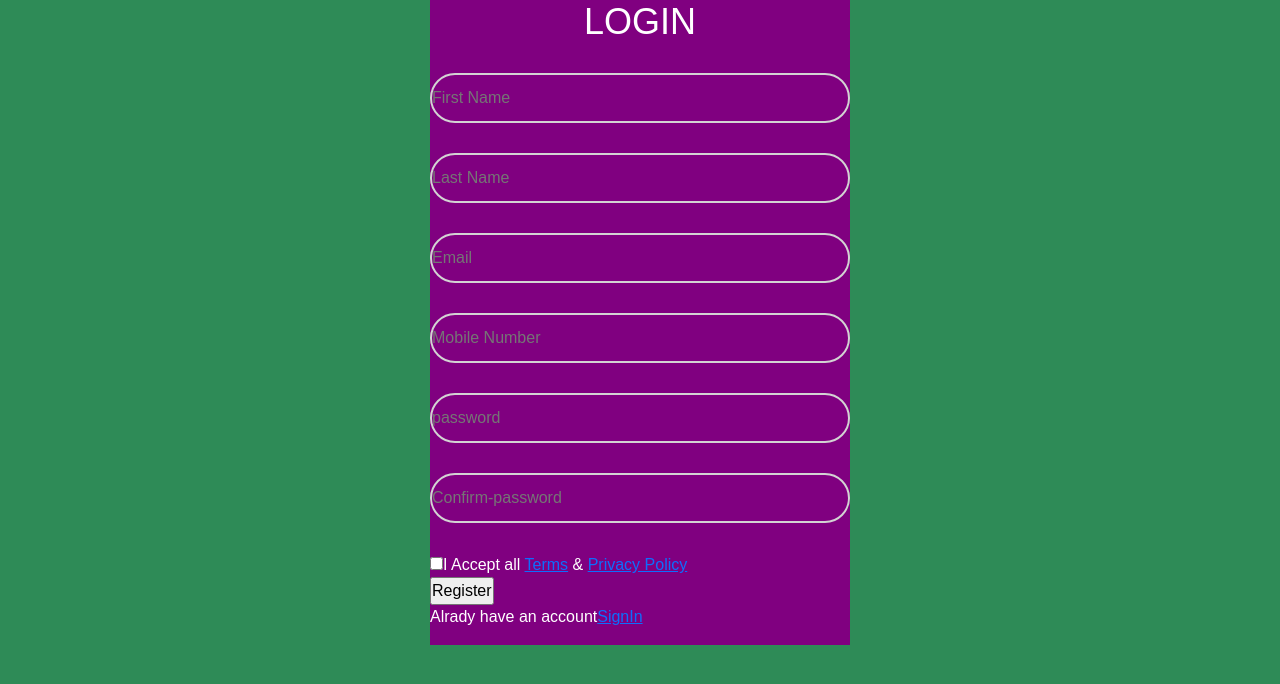
Repository: 05Mohammedismail/xworkz--Advance-Java
Page: Sep11_RegisterationForm/src/main/webapp/Register.html
The author's editor kept a copy of each file at every save. The page is drawn from the files as they stood at one save, then again after the next save.
The browser window is 1280 px wide. The pictures show the whole page.

Above is the page before, as saved 2023-09-12 02:23:16.

### Sep11_RegisterationForm/src/main/webapp/Register.html
<!doctype html>
<html lang="en">
  <head>
    <meta charset="utf-8">
    <meta name="viewport" content="width=device-width, initial-scale=1">
    <title>Registration Form</title>
    <link href="https://cdn.jsdelivr.net/npm/bootstrap@5.3.1/dist/css/bootstrap.min.css" rel="stylesheet" integrity="sha384-4bw+/aepP/YC94hEpVNVgiZdgIC5+VKNBQNGCHeKRQN+PtmoHDEXuppvnDJzQIu9" crossorigin="anonymous">
</head>
<style>
 * {
margin: 0;
padding: 0;
box-sizing: border-box;
font-family: "poppins", sans-serif;
}

body {
display: flex;
justify-content: center;
align-items: center;
min-height: 100hv;
background: seagreen;

}

.wrapper{
width: 420px;
background: purple;
color: white;

}

.wrapper h1{
font-size: 36px;
text-align: center;
}

.wrapper .input-box{
width: 100%;
height: 50px;
margin: 30px 0;
}

.input-box input{
width: 100%;
height: 100%;
background: transparent;
border: none;
outline: none;
border: 2px solid lightgray;
border-radius: 40px;
}

</style>
<body>

<div class="wrapper">
 <form action="">
 	<h1>LOGIN</h1>

 	<div class = "input-box">
 	<input type="text" placeholder="First Name" required="required">
 	</div>

 	<div class = "input-box">
 	<input type="text" placeholder="Last Name" required="required">
 	</div>

 	<div class = "input-box">
 	<input type="email" placeholder="Email" required="required">
 	</div>

 	<div class = "input-box">
 	<input type="number" placeholder="Mobile Number" required="required">
 	</div>

 	<div class = "input-box">
 	<input type="password" placeholder="password" required="required">
 	</div>

 	<div class = "input-box">
 	<input type="password" placeholder="Confirm-password" required="required">
 	</div>

 	<div class="remember-me">
 	<label> <input type="checkbox">I Accept all <a href="#">Terms</a> & <a href="#">Privacy Policy</a> </label>
 	</div>

 	<input type="submit" value="Register">


 	<div class="already-have">
 	<p> Alrady have an account<a href="#">SignIn</a> </p>
 	</div>



 </form>
</div>


<script src="https://cdn.jsdelivr.net/npm/bootstrap@5.3.1/dist/js/bootstrap.bundle.min.js" integrity="sha384-HwwvtgBNo3bZJJLYd8oVXjrBZt8cqVSpeBNS5n7C8IVInixGAoxmnlMuBnhbgrkm" crossorigin="anonymous"></script>
</body>
</html>

After the next save:
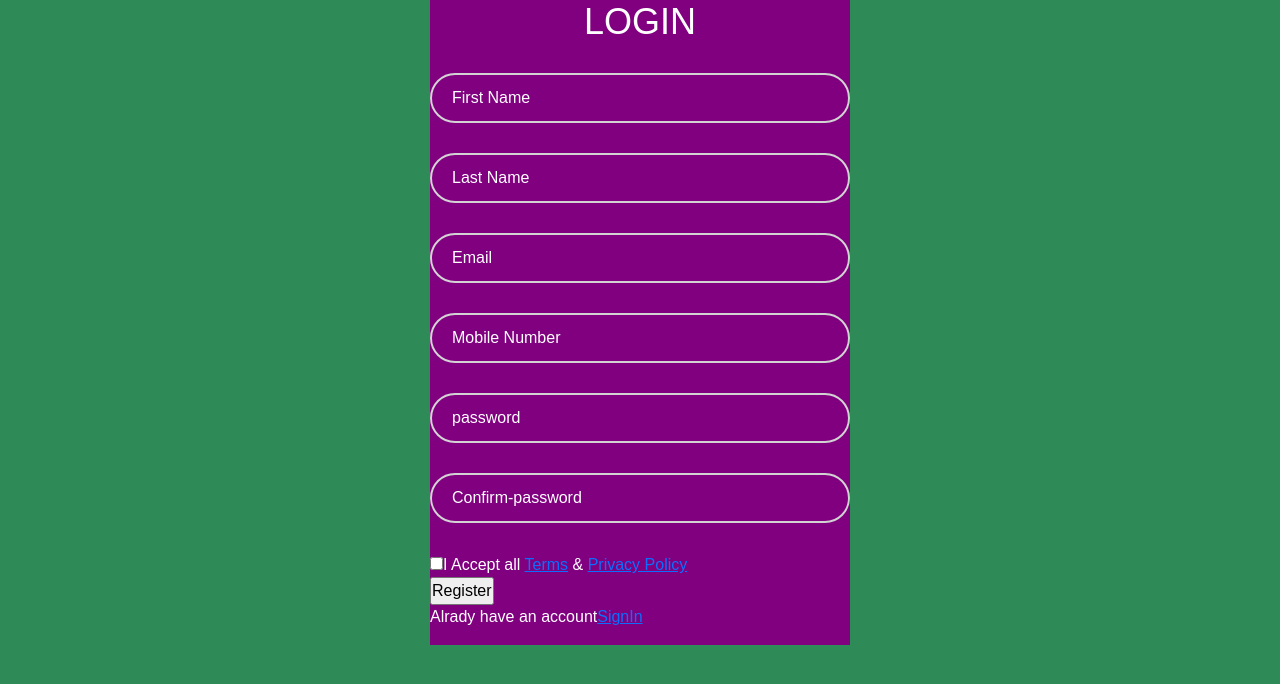
Saved 2 min 39 s later.
--- a/Sep11_RegisterationForm/src/main/webapp/Register.html
+++ b/Sep11_RegisterationForm/src/main/webapp/Register.html
@@ -49,7 +49,17 @@ border: none;
 outline: none;
 border: 2px solid lightgray;
 border-radius: 40px;
+color: white;
+font-size: 16px;
+padding: 20px 45px 20px 20px;
+
 }
+
+.input-box input::placeholder{
+color: white;
+}
+
+
 
 </style>
 <body>
